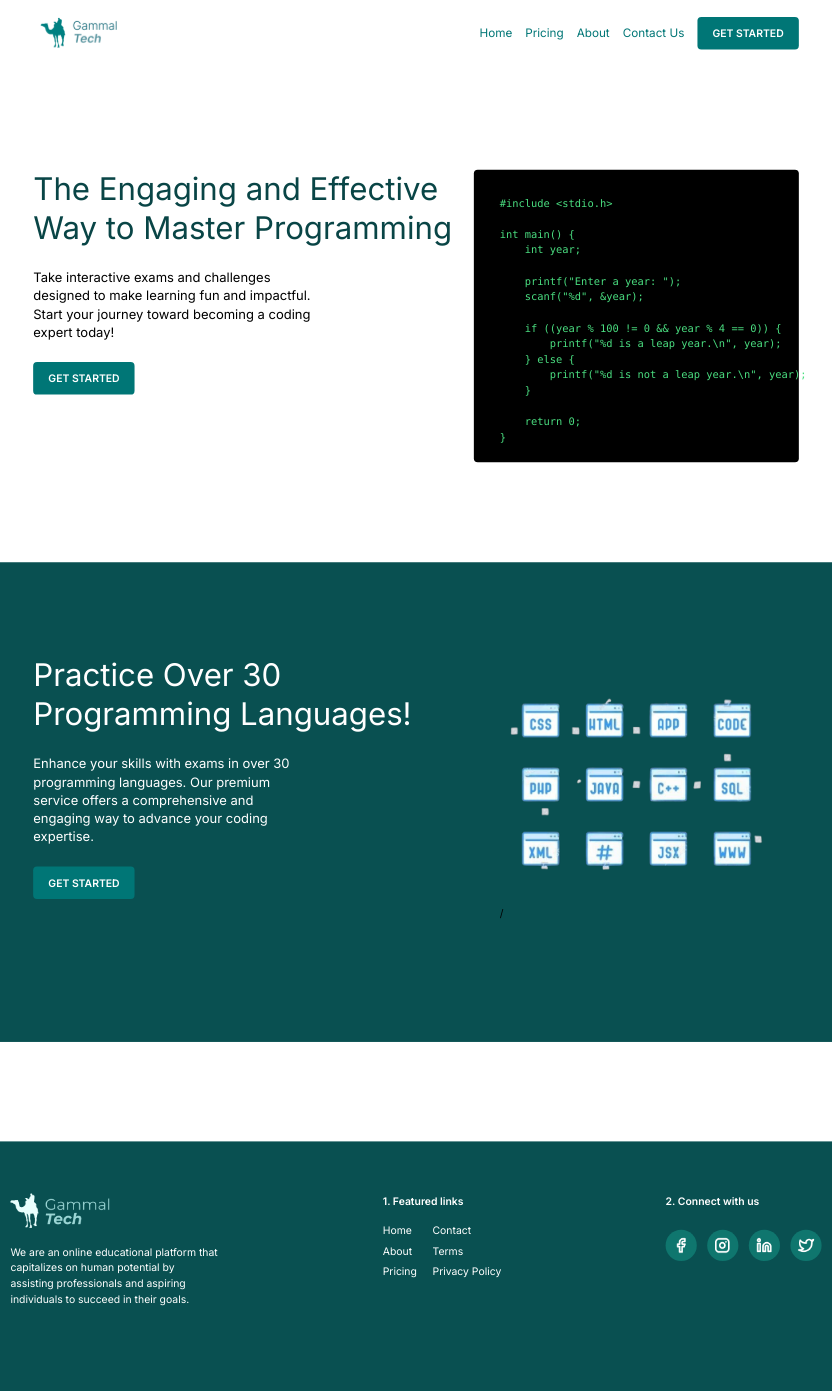
Repository: Ahmed77669/Internship-test
Page: /
An editor plug-in stored every save of this project. The page is shown before and after the next save, followed by the edit.
The browser window is 1280 px wide. The pictures show the whole page, at 65% of full size.
The project was rebuilt for these pictures with package versions that can differ from the ones it lists, and the page was loaded fresh each time. The framework's server and built-in components were replaced by stand-ins that run in the browser. Also part of the build but not shown: next.config.mjs.

Above is the page before, as saved 2024-10-13 18:26:49.

After the next save:
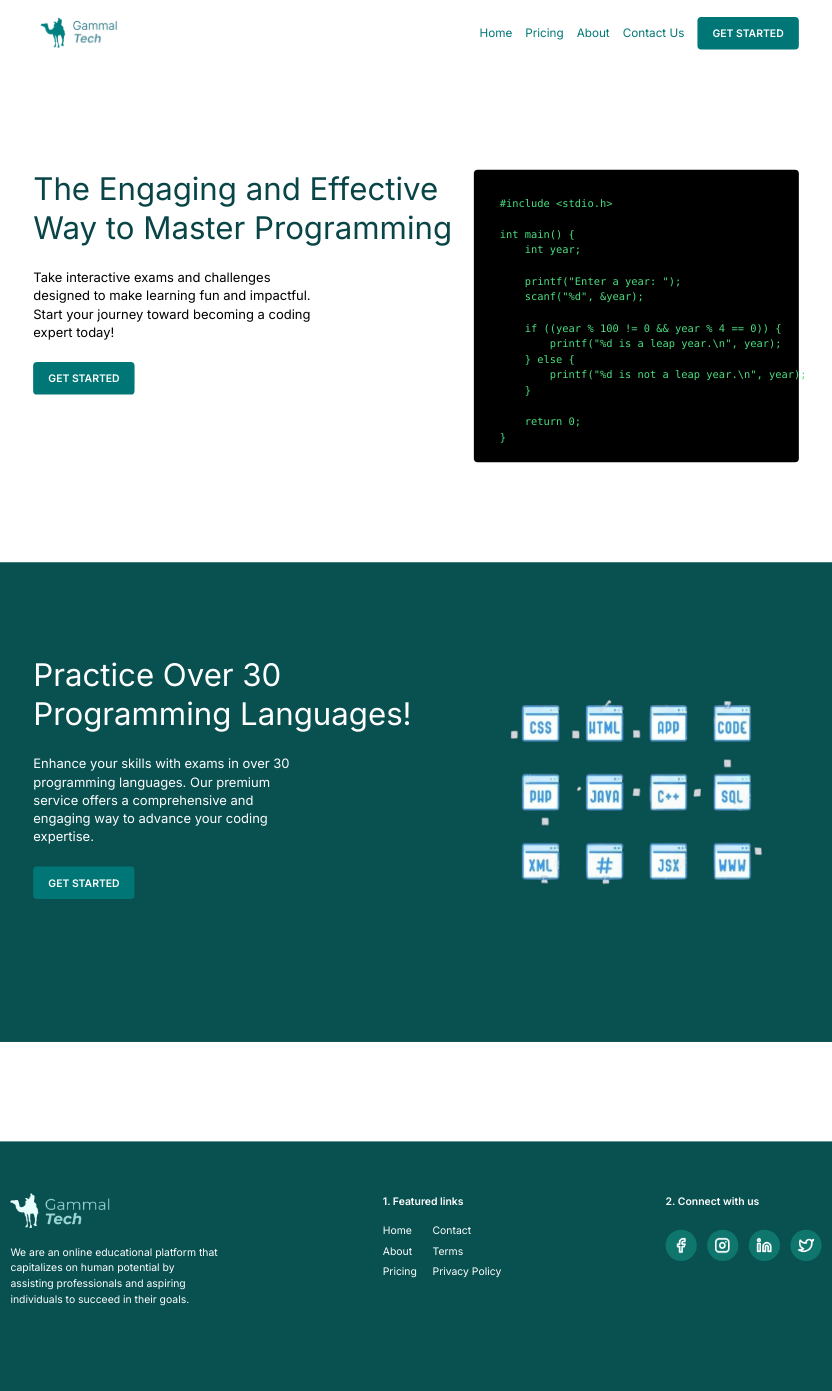
Saved 31 s later.
--- a/components/Home_1.tsx
+++ b/components/Home_1.tsx
@@ -65,7 +65,7 @@
             <div className='rounded-md w-[500px] h-[450px] p-10 flex flex-wrap'>
 
               <Image src={lang} alt='programming languages photo'/>
-               {/* </div> */}/</div>
+               {/* </div> */}</div>
 
         </div>
 </div>
